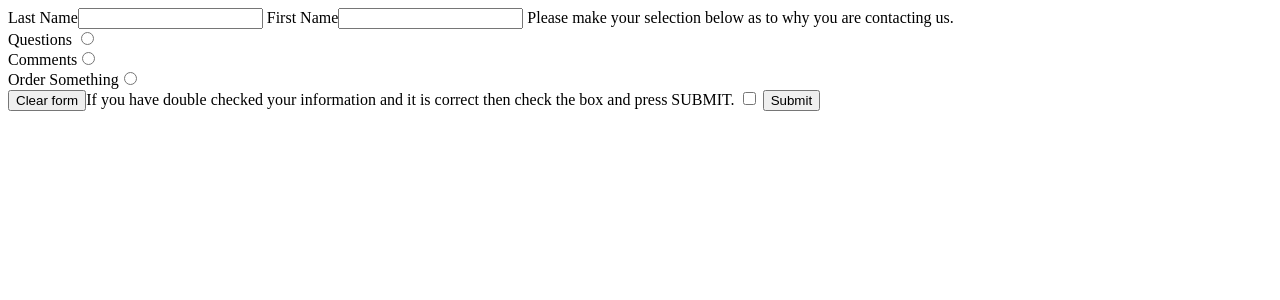
Repository: nsisk1/web-page-project
Page: contact-us.html
An editor plug-in stored every save of this project. The page is shown before and after the next save, followed by the edit.
The browser window is 1280 px wide. The pictures show the whole page.

Above is the page before, as saved 2024-07-14 09:46:39.

After the next save:
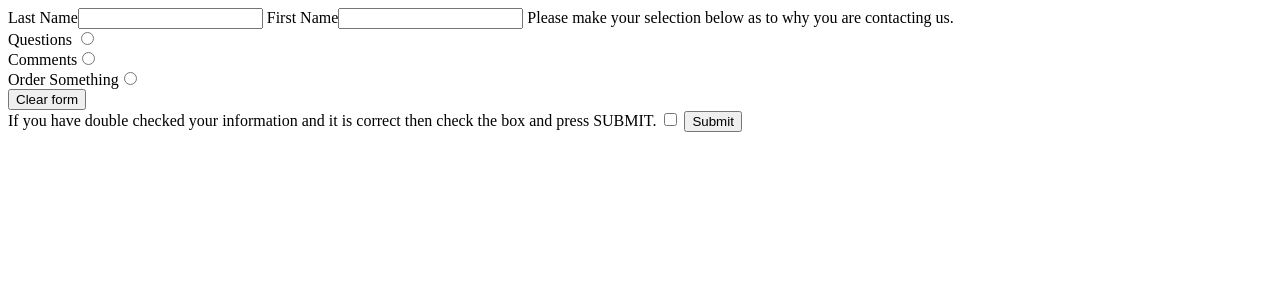
Saved 7 s later.
--- a/contact-us.html
+++ b/contact-us.html
@@ -13,7 +13,7 @@
         Comments<input type="radio" name="reason" value="comments"><br>
         Order Something<input type="radio" name="reason" value="order">
         <br>
-        <input type="reset" value="Clear form"
+        <input type="reset" value="Clear form">
             <br>If you have double checked your information and it is correct then check the box and press SUBMIT. <input type="checkbox" name="info">
 
             <input type="submit" value="Submit">
